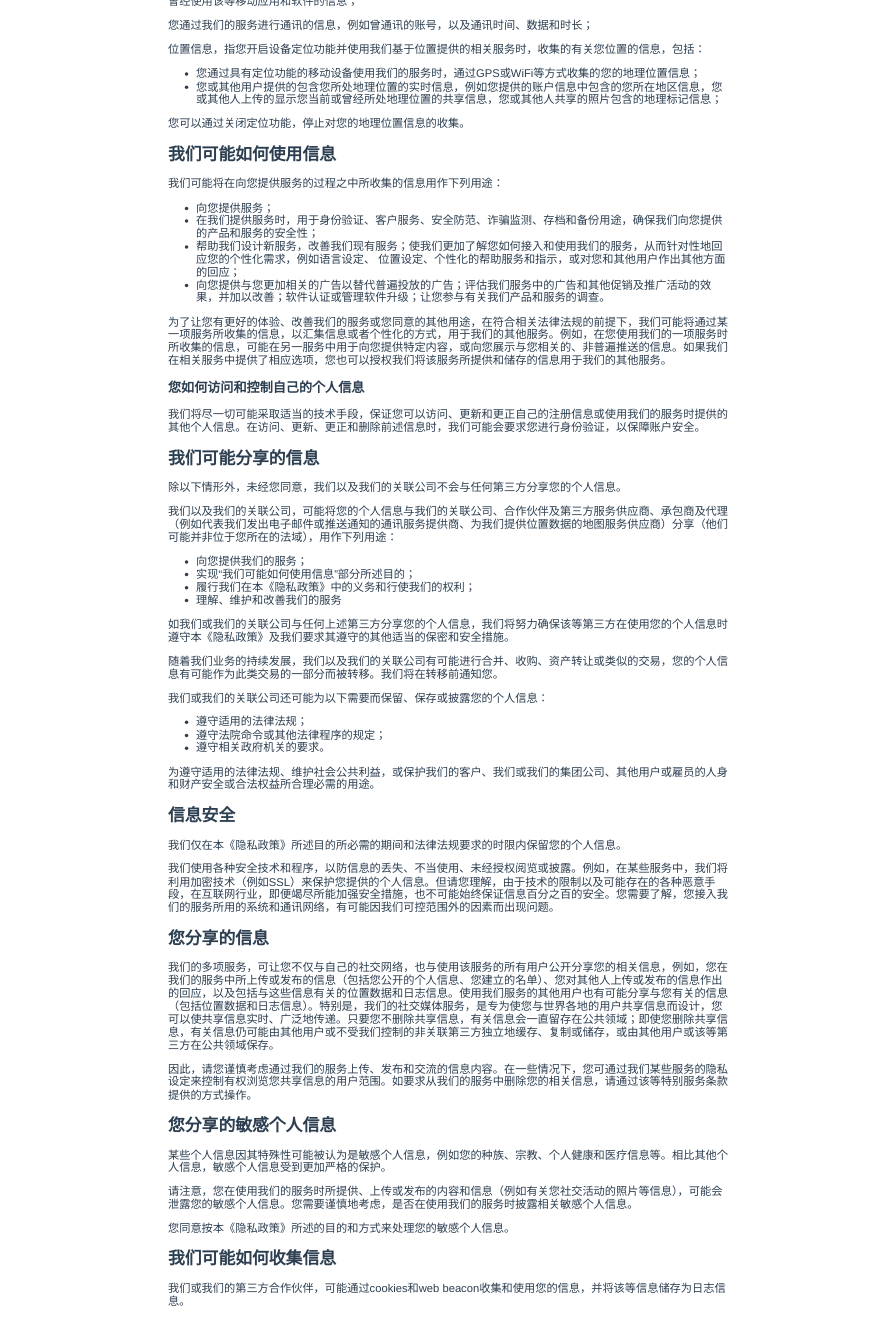
Repository: zl-mdc/privacy-policy
Page: /
An editor plug-in stored every save of this project. The page is shown before and after a run of saves, followed by the edit.
The browser window is 1280 px wide. The pictures show the part of the page from y = 795 to 2715 px (the page is 2681 px tall before and 2715 px after), at 70% of full size.
The project was rebuilt for these pictures with package versions that can differ from the ones it lists, and the page was loaded fresh each time.

Above is the page before, as saved 2020-09-17 16:01:49.

### src/main.js
import Vue from 'vue'
import App from './App.vue'
import 'normalize.css'

Vue.config.productionTip = false

new Vue({
  render: h => h(App),
}).$mount('#app')

### src/App.vue
<template>
  <div id="app">
    <Info />
  </div>
</template>

<script>
import Info from './components/Info';

export default {
  name: 'App',
  components: {
    Info
  }
}
</script>

<style>
#app {
  font-family: Avenir, Helvetica, Arial, sans-serif;
  -webkit-font-smoothing: antialiased;
  -moz-osx-font-smoothing: grayscale;
  text-align: center;
  color: #2c3e50;
  margin-top: 60px;
}
</style>

### src/components/Info.vue
<!--
 * @Author: Code_Master
 * @Date: 2020-09-17 15:00:51
 * @LastEditTime: 2020-09-17 15:55:15
 * @LastEditors: Code_Master
 * @FilePath: /privacy-policy/src/components/Info.vue
 * @Description: The first 90% of the code accounts for the first 90% of the development time. The remaining 10% of the code accounts for the other 90% of the development time.
-->
<template>
    <div id="info">
          <h1>红岩网校工作站隐私政策</h1>

          <h2>引言</h2>
          <p><span></span>其明重视用户的隐私，隐私权是您重要的权利。您在使用我们的服务时，我们可能会收集和使用您的相关信息。我们希望通过本《隐私政策》向您说明，在使用我们的服务时，我们如何收集、使用、储存和分享这些信息，以及我们为您提供的访问、更新、控制和保护这些信息的方式。本《隐私政策》与您所使用的其明服务息息相关，希望您仔细阅读，在需要时，按照本《隐私政策》的指引，作出您认为适当的选择。本《隐私政策》中涉及的相关技术词汇，我们尽量以简明扼要的表述，并提供进一步说明的链接，以便您的理解。 您使用或继续使用我们的服务，即意味着同意我们按照本《隐私政策》收集、使用、储存和分享您的相关信息。 如对本《隐私政策》或相关事宜有任何问题，请与我们联系。 </p>

          <h2>我们可能收集的信息</h2>
          <p>我们提供服务时，可能会收集、储存和使用下列与您有关的信息。如果您不提供相关信息，可能无法注册成为我们的用户或无法享受我们提供的某些服务，或者无法达到相关服务拟达到的效果。</p>
          <h3>您提供的信息</h3>
          <p>您在注册账户或使用我们的服务时，向我们提供的相关个人信息，例如电话号码、电子邮件或银行卡号等；</p>
          <p>您通过我们的服务向其他方提供的共享信息，以及您使用我们的服务时所储存的信息。</p>
          <h3>其他方分享的您的信息</h3>
          <p>其他方使用我们的服务时所提供有关您的共享信息。</p>
          <h3>我们获取的您的信息</h3>
          <p>您使用服务时我们可能收集如下信息：</p>
          <p>日志信息，指您使用我们的服务时，系统可能通过cookies、web beacon或其他方式自动采集的技术信息，包括：设备或软件信息，例如您的移动设备、网页浏览器或用于接入我们服务的其他程序所提供的配置信息、您的IP地址和移动设备所用的版本和设备识别码；</p>
          <p>在使用我们服务时搜索或浏览的信息，例如您使用的网页搜索词语、访问的社交媒体页url地址，以及您在使用我们服务时浏览或要求提供的其他信息和内容详情；有关您曾使用的移动应用（APP）和其他软件的信息，以及您曾经使用该等移动应用和软件的信息；</p>
          <p>您通过我们的服务进行通讯的信息，例如曾通讯的账号，以及通讯时间、数据和时长；</p>
          <p>位置信息，指您开启设备定位功能并使用我们基于位置提供的相关服务时，收集的有关您位置的信息，包括：</p>
          <ul>
              <li>您通过具有定位功能的移动设备使用我们的服务时，通过GPS或WiFi等方式收集的您的地理位置信息；</li>
              <li>您或其他用户提供的包含您所处地理位置的实时信息，例如您提供的账户信息中包含的您所在地区信息，您或其他人上传的显示您当前或曾经所处地理位置的共享信息，您或其他人共享的照片包含的地理标记信息；</li>
          </ul>
          <p>您可以通过关闭定位功能，停止对您的地理位置信息的收集。</p>

          <h2>我们可能如何使用信息</h2>
          <p>我们可能将在向您提供服务的过程之中所收集的信息用作下列用途：</p>
          <ul>
              <li>向您提供服务； </li>
              <li>在我们提供服务时，用于身份验证、客户服务、安全防范、诈骗监测、存档和备份用途，确保我们向您提供的产品和服务的安全性； </li>
              <li>帮助我们设计新服务，改善我们现有服务；使我们更加了解您如何接入和使用我们的服务，从而针对性地回应您的个性化需求，例如语言设定、 位置设定、个性化的帮助服务和指示，或对您和其他用户作出其他方面的回应；</li>
              <li>向您提供与您更加相关的广告以替代普遍投放的广告；评估我们服务中的广告和其他促销及推广活动的效果，并加以改善；软件认证或管理软件升级；让您参与有关我们产品和服务的调查。</li>
          </ul>
          <p>为了让您有更好的体验、改善我们的服务或您同意的其他用途，在符合相关法律法规的前提下，我们可能将通过某一项服务所收集的信息，以汇集信息或者个性化的方式，用于我们的其他服务。例如，在您使用我们的一项服务时所收集的信息，可能在另一服务中用于向您提供特定内容，或向您展示与您相关的、非普遍推送的信息。如果我们在相关服务中提供了相应选项，您也可以授权我们将该服务所提供和储存的信息用于我们的其他服务。</p>
          <h3>您如何访问和控制自己的个人信息</h3>
          <p>我们将尽一切可能采取适当的技术手段，保证您可以访问、更新和更正自己的注册信息或使用我们的服务时提供的其他个人信息。在访问、更新、更正和删除前述信息时，我们可能会要求您进行身份验证，以保障账户安全。</p>

          <h2>我们可能分享的信息</h2>
          <p>除以下情形外，未经您同意，我们以及我们的关联公司不会与任何第三方分享您的个人信息。</p>
          <p>我们以及我们的关联公司，可能将您的个人信息与我们的关联公司、合作伙伴及第三方服务供应商、承包商及代理（例如代表我们发出电子邮件或推送通知的通讯服务提供商、为我们提供位置数据的地图服务供应商）分享（他们可能并非位于您所在的法域），用作下列用途：</p>
          <ul>
              <li>向您提供我们的服务；</li>
              <li>实现“我们可能如何使用信息”部分所述目的；</li>
              <li>履行我们在本《隐私政策》中的义务和行使我们的权利； </li>
              <li>理解、维护和改善我们的服务</li>
          </ul>
          <p>如我们或我们的关联公司与任何上述第三方分享您的个人信息，我们将努力确保该等第三方在使用您的个人信息时遵守本《隐私政策》及我们要求其遵守的其他适当的保密和安全措施。</p>
          <p>随着我们业务的持续发展，我们以及我们的关联公司有可能进行合并、收购、资产转让或类似的交易，您的个人信息有可能作为此类交易的一部分而被转移。我们将在转移前通知您。</p>
          <p>我们或我们的关联公司还可能为以下需要而保留、保存或披露您的个人信息：</p>
          <ul>
              <li>遵守适用的法律法规；</li>
              <li>遵守法院命令或其他法律程序的规定； </li>
              <li>遵守相关政府机关的要求。 </li>
          </ul>
          <p>为遵守适用的法律法规、维护社会公共利益，或保护我们的客户、我们或我们的集团公司、其他用户或雇员的人身和财产安全或合法权益所合理必需的用途。</p>

          <h2>信息安全</h2>
          <p>我们仅在本《隐私政策》所述目的所必需的期间和法律法规要求的时限内保留您的个人信息。</p>
          <p>我们使用各种安全技术和程序，以防信息的丢失、不当使用、未经授权阅览或披露。例如，在某些服务中，我们将利用加密技术（例如SSL）来保护您提供的个人信息。但请您理解，由于技术的限制以及可能存在的各种恶意手段，在互联网行业，即便竭尽所能加强安全措施，也不可能始终保证信息百分之百的安全。您需要了解，您接入我们的服务所用的系统和通讯网络，有可能因我们可控范围外的因素而出现问题。</p>

          <h2>您分享的信息</h2>
          <p>我们的多项服务，可让您不仅与自己的社交网络，也与使用该服务的所有用户公开分享您的相关信息，例如，您在我们的服务中所上传或发布的信息（包括您公开的个人信息、您建立的名单）、您对其他人上传或发布的信息作出的回应，以及包括与这些信息有关的位置数据和日志信息。使用我们服务的其他用户也有可能分享与您有关的信息（包括位置数据和日志信息）。特别是，我们的社交媒体服务，是专为使您与世界各地的用户共享信息而设计，您可以使共享信息实时、广泛地传递。只要您不删除共享信息，有关信息会一直留存在公共领域；即使您删除共享信息，有关信息仍可能由其他用户或不受我们控制的非关联第三方独立地缓存、复制或储存，或由其他用户或该等第三方在公共领域保存。</p>
          <p>因此，请您谨慎考虑通过我们的服务上传、发布和交流的信息内容。在一些情况下，您可通过我们某些服务的隐私设定来控制有权浏览您共享信息的用户范围。如要求从我们的服务中删除您的相关信息，请通过该等特别服务条款提供的方式操作。</p>

          <h2>您分享的敏感个人信息  </h2>
          <p>某些个人信息因其特殊性可能被认为是敏感个人信息，例如您的种族、宗教、个人健康和医疗信息等。相比其他个人信息，敏感个人信息受到更加严格的保护。</p>
          <p>请注意，您在使用我们的服务时所提供、上传或发布的内容和信息（例如有关您社交活动的照片等信息），可能会泄露您的敏感个人信息。您需要谨慎地考虑，是否在使用我们的服务时披露相关敏感个人信息。</p>
          <p>您同意按本《隐私政策》所述的目的和方式来处理您的敏感个人信息。</p>

          <h2>我们可能如何收集信息</h2>
          <p>我们或我们的第三方合作伙伴，可能通过cookies和web beacon收集和使用您的信息，并将该等信息储存为日志信息。</p>
    </div>
</template>

<script>
export default {
    name: "Info",
}
</script>

<style>
    #info {
        width: 800px;
        margin: 0 auto;
        text-align: left;
    }
    h1 {
        text-align: center;
    }
</style>

Loaded but not shown: public/index.html (common file)

After the next 2 saves:
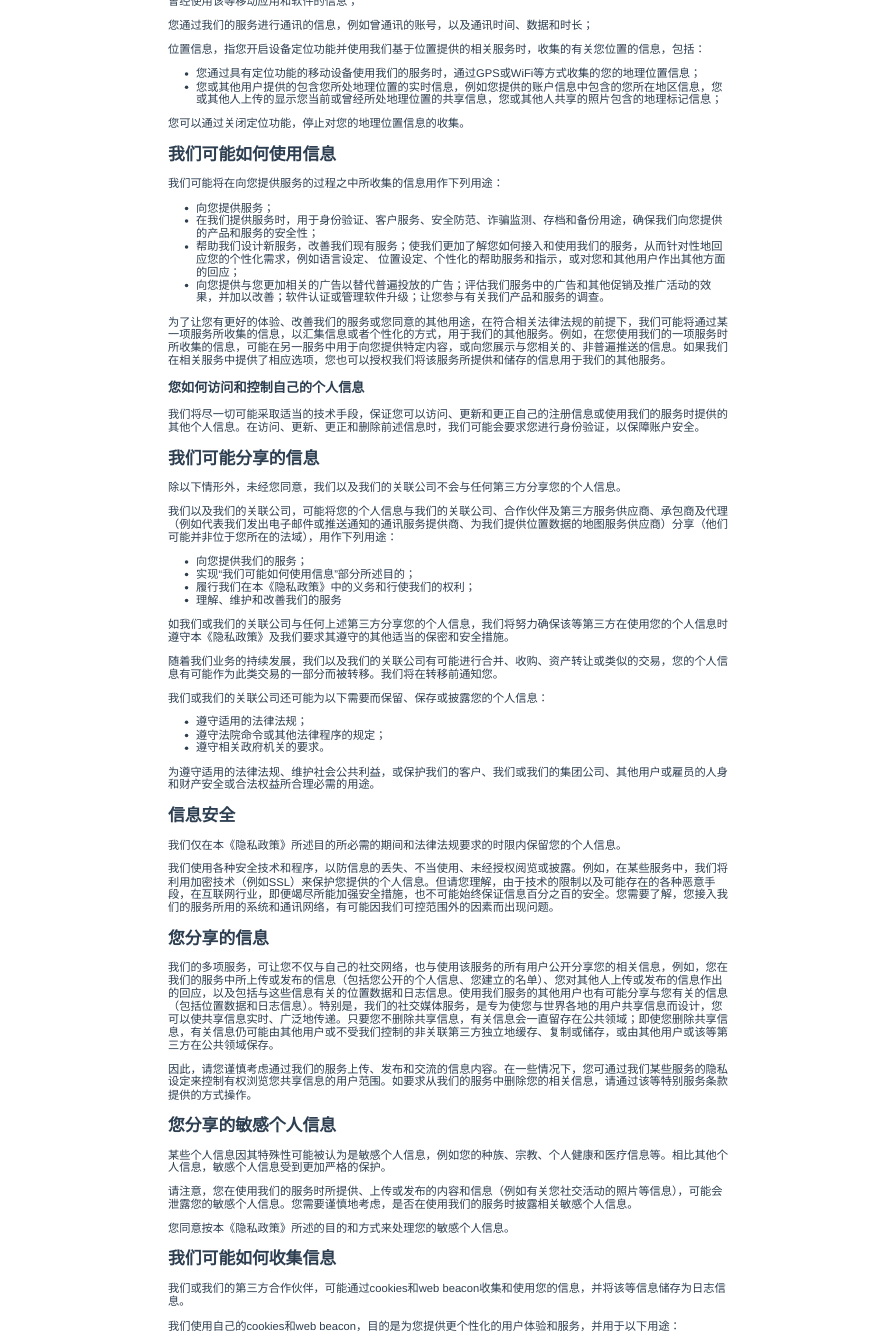
The 2 saves are shown as one change because they came seconds apart.
The last was saved 9 min 48 s later.
--- a/src/components/Info.vue
+++ b/src/components/Info.vue
@@ -1,7 +1,7 @@
 <!--
  * @Author: Code_Master
  * @Date: 2020-09-17 15:00:51
- * @LastEditTime: 2020-09-17 15:55:15
+ * @LastEditTime: 2020-09-17 16:11:36
  * @LastEditors: Code_Master
  * @FilePath: /privacy-policy/src/components/Info.vue
  * @Description: The first 90% of the code accounts for the first 90% of the development time. The remaining 10% of the code accounts for the other 90% of the development time.
@@ -78,6 +78,8 @@
 
           <h2>我们可能如何收集信息</h2>
           <p>我们或我们的第三方合作伙伴，可能通过cookies和web beacon收集和使用您的信息，并将该等信息储存为日志信息。</p>
+          <p>我们使用自己的cookies和web beacon，目的是为您提供更个性化的用户体验和服务，并用于以下用途：</p>
+
     </div>
 </template>
 
